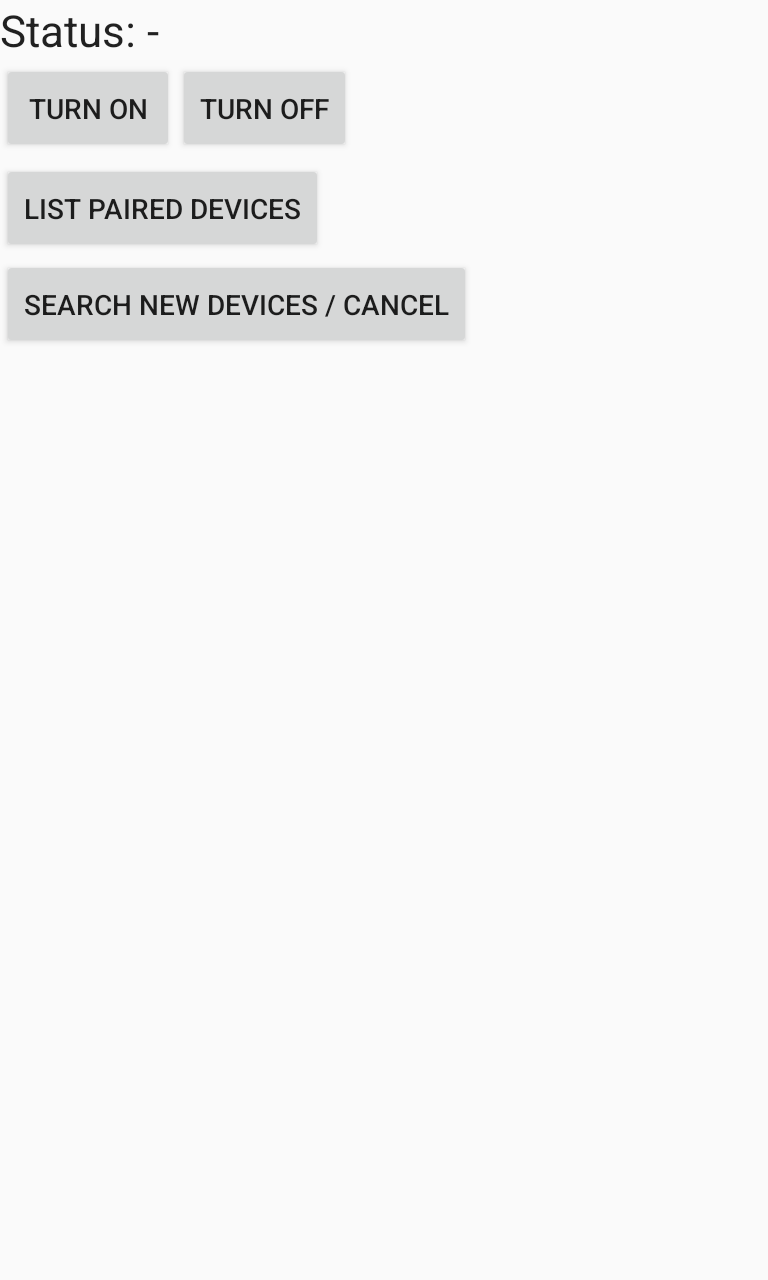
Repository: maayanGitHub/dont4getme
Layout: Dont4getMe/res/layout/activity_main.xml
The author's editor kept a copy of each file at every save. The layout is drawn from the files as they stood at one save, then again after the next save.
It is drawn on a 768 x 1280 px phone screen (xhdpi) without system bars, with theme AppTheme; the app's code is not run. Lists and similar views that code fills are empty.

Above is the layout before, as saved 2014-03-19 09:33:29.

After the next save:
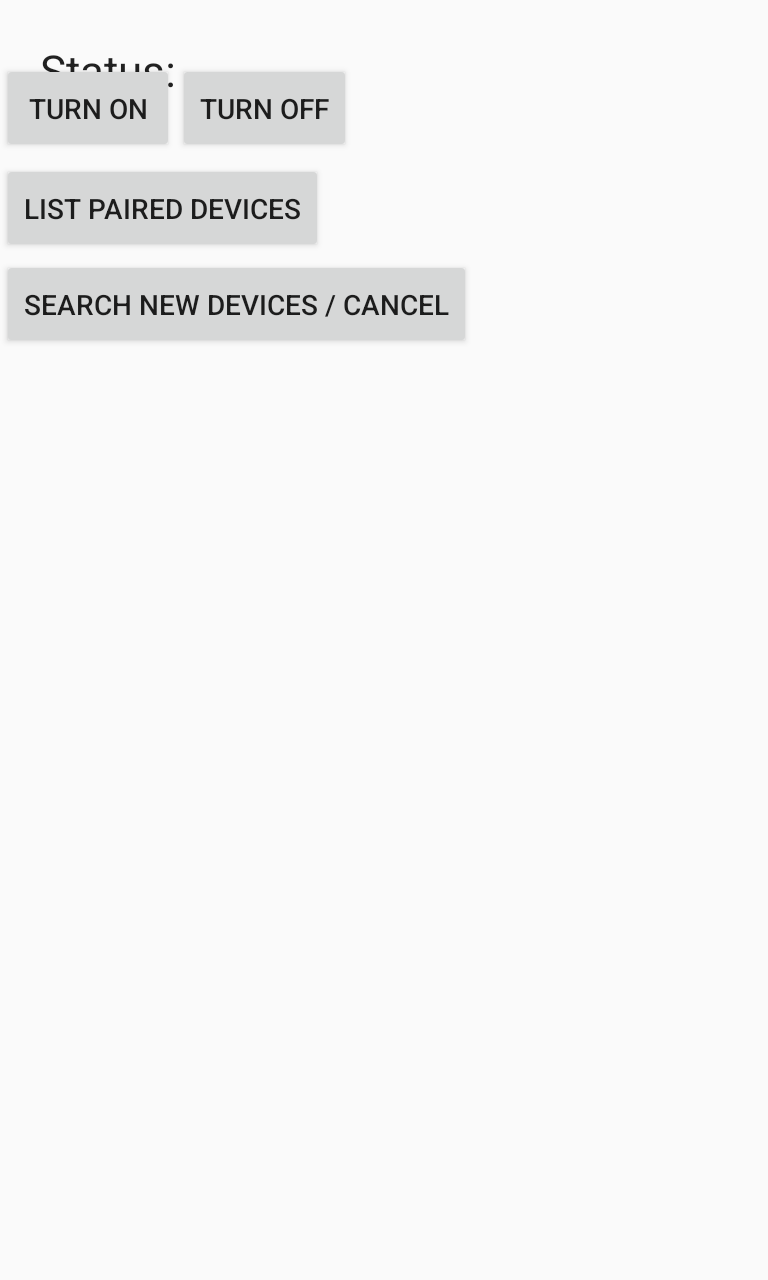
Saved 5 s later.
--- a/Dont4getMe/res/layout/activity_main.xml
+++ b/Dont4getMe/res/layout/activity_main.xml
@@ -10,7 +10,7 @@
        android:layout_height="wrap_content"
        android:textAppearance="?android:attr/textAppearanceLarge"
        android:text="@string/Text"
-       android:layout_margin="20dpi" />
+       android:layout_margin="20dip" />
 
    <LinearLayout
       android:layout_width="match_parent"
